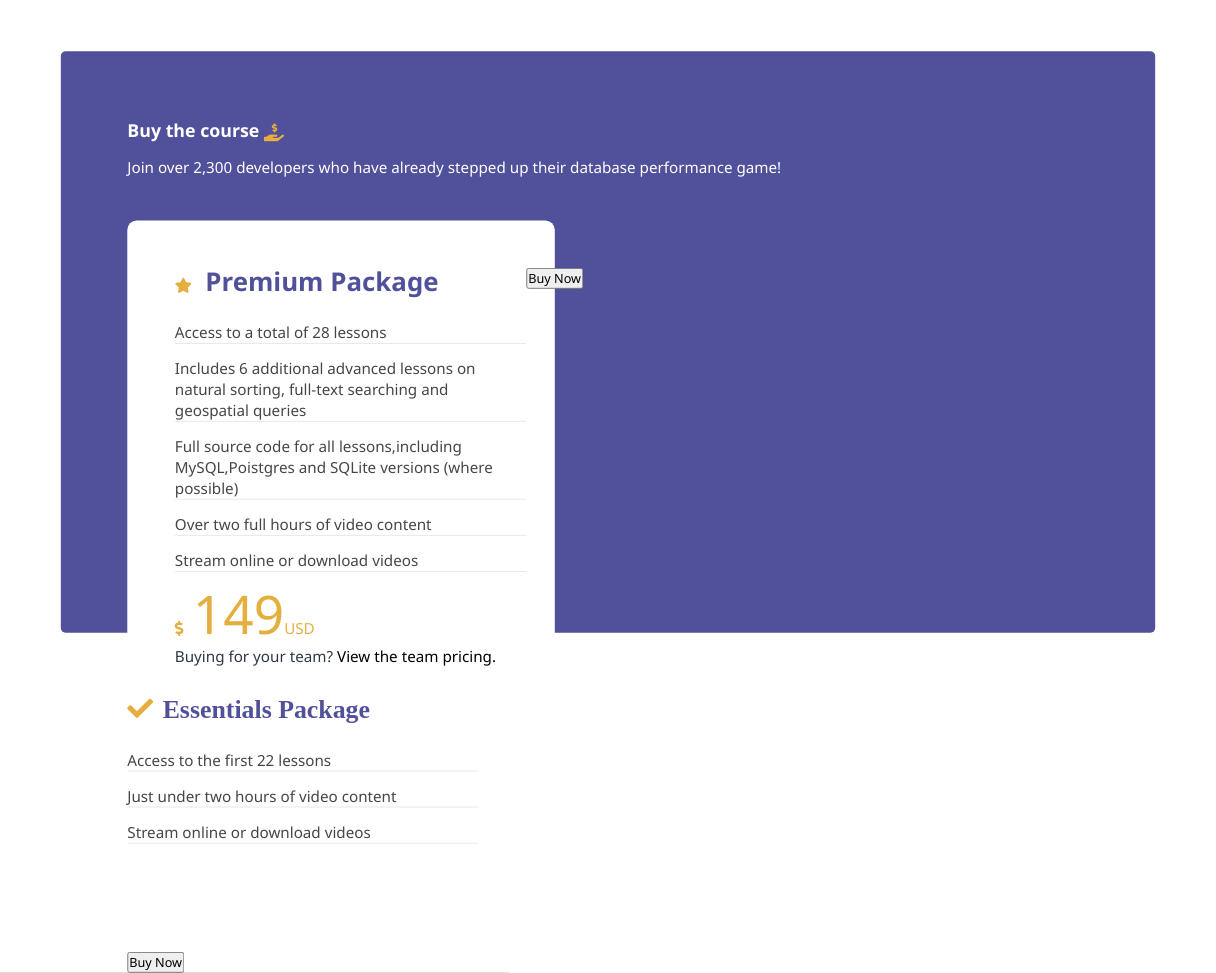
Repository: Z-ayat/Challenges
Page: Challenge 4/index.html
These files come from the project's save history. The page is drawn as it stood at one moment and after the next save; the edit follows.
The browser window is 1280 px wide. The pictures show the whole page, at 95% of full size.
Some web libraries are served in a nearby version.

Above is the page before, as saved 2021-09-07 01:57:32.

### Challenge 4/index.html
<!DOCTYPE html>

<head>
    <meta charset="UTF-8">
    <title>Course Offer Box</title>
    <link rel="stylesheet" href="styling/css/master.css">
    <link rel="stylesheet" href="styling/css/all.min.css">
    <link rel="preconnect" href="https://fonts.googleapis.com">
    <link rel="preconnect" href="https://fonts.gstatic.com" crossorigin>
    <link href="https://fonts.googleapis.com/css2?family=Cairo:wght@400;600;700;900&display=swap" rel="stylesheet">
    <link rel="stylesheet" href="https://cdnjs.cloudflare.com/ajax/libs/font-awesome/5.11.2/css/all.min.css">

</head>

<body>
    <div class="container">
        <div class="layout">
            <div class="head">
                <h3>Buy the course <i class="fas fa-hand-holding-usd" style="color: #FFC83D;"></i></h3>
                <p class="join">Join over 2,300 developers who have already stepped up their database performance game!</p>
            </div>
            <div class="prem-pack">
                <i class="fas fa-star">
                    <p class="headtitle">Premium Package</p>
                </i>
                <p class="specs">Access to a total of 28 lessons</p>
                <p class="specs"><span class="import">Includes 6 additional advanced lessons</span> on natural sorting, full-text searching and geospatial queries</p>
                <p class="specs"><span class="import"> Full source code for all lessons,</span>including MySQL,Poistgres and SQLite versions (where possible)</span>
                </p>
                <p class="specs">Over two full hours of video content</p>
                <p class="specs">Stream online or download videos</p>
                <i class="fas fa-dollar-sign"><span class="price">149</span><span class="usd">USD</span></i>

                <button>Buy Now</button>
                <p class="buyalign">Buying for your team? <a href="#">View the team pricing.</a></p>
            </div>
            <div class="ess-pack">
                <p class="headtitle fas fa-check">Essentials Package</p>
                <p class="specs"><span class="import">Access to the first 22 lessons</span></p>
                <p class="specs">Just under two hours of video content</p>
                <p class="specs">Stream online or download videos</p>
                <p class="price">99
                    <p class="usd">USD</p>
                </p>

                <button>Buy Now</button>
            </div>
        </div>
</body>

</html>

### Challenge 4/styling/css/master.css
* {
    box-sizing: border-box;
    padding: 0;
    margin: 0;
    font-family: 'Segoe UI', Tahoma, Geneva, Verdana, sans-serif;
}

*::before {
    display: inline-block;
    color: #E5AF40;
    margin-right: 10px;
}

*::after {
    display: inline-block;
    color: #E5AF40;
}

a,
a:focus {
    text-decoration: none;
    cursor: default;
    color: black;
    font-weight: 500;
}

span {
    font-weight: 500;
    display: inline-block !important;
}

:root {
    --clrbg: #51509B;
    --clrhead: #404B5F;
    --clrprice: #4A5568;
    --clrbodyfont: #FFFFFF;
    --facolor: #E5AF40;
    --packb4bordshdw: #FFEABE;
    --clrspecs: #000000ba;
}

body {
    display: flex;
    justify-content: center;
    align-items: center;
    height: 100vh;
}

.container {
    display: grid;
    width: 90%;
    height: 85%;
    background-color: var(--clrbg);
    border-radius: 5px;
    color: var(--clrbodyfont);
    padding: 70px 70px;
}

.head {
    margin-bottom: 45px;
}

.head h3 {
    margin-bottom: 1rem;
    font-size: 2..5rem;
}

.price {
    font-size: 3.5rem;
}

.prem-pack {
    background-color: #FFFFFF;
    height: 500px;
    width: 450px;
    padding: 50px;
    border-radius: 10px;
    display: flex;
    flex-flow: wrap column;
    align-items: flex-start;
    position: relative;
    -webkit-border-radius: 10px;
    -moz-border-radius: 10px;
    -ms-border-radius: 10px;
    -o-border-radius: 10px;
}

.specs {
    width: 35px;
    margin-bottom: 15px;
    overflow-wrap: break-word;
    width: 370px;
    border-bottom: solid 1px #E2E8F0;
    color: var(--clrspecs);
}

.headtitle {
    font-weight: 600;
    color: var(--clrbg) !important;
    font-size: 1.7rem;
    margin-bottom: 30px;
    display: inline-block;
}

.buyalign {
    text-justify: auto;
    color: #2D3748;
    position: absolute;
    float: left;
    bottom: 30px;
    left: 50px;
}

.fas {
    color: var(--facolor)
}

i {
    vertical-align: middle;
}

Loaded but not shown: Challenge 4/styling/css/all.min.css (library)

After the next save:
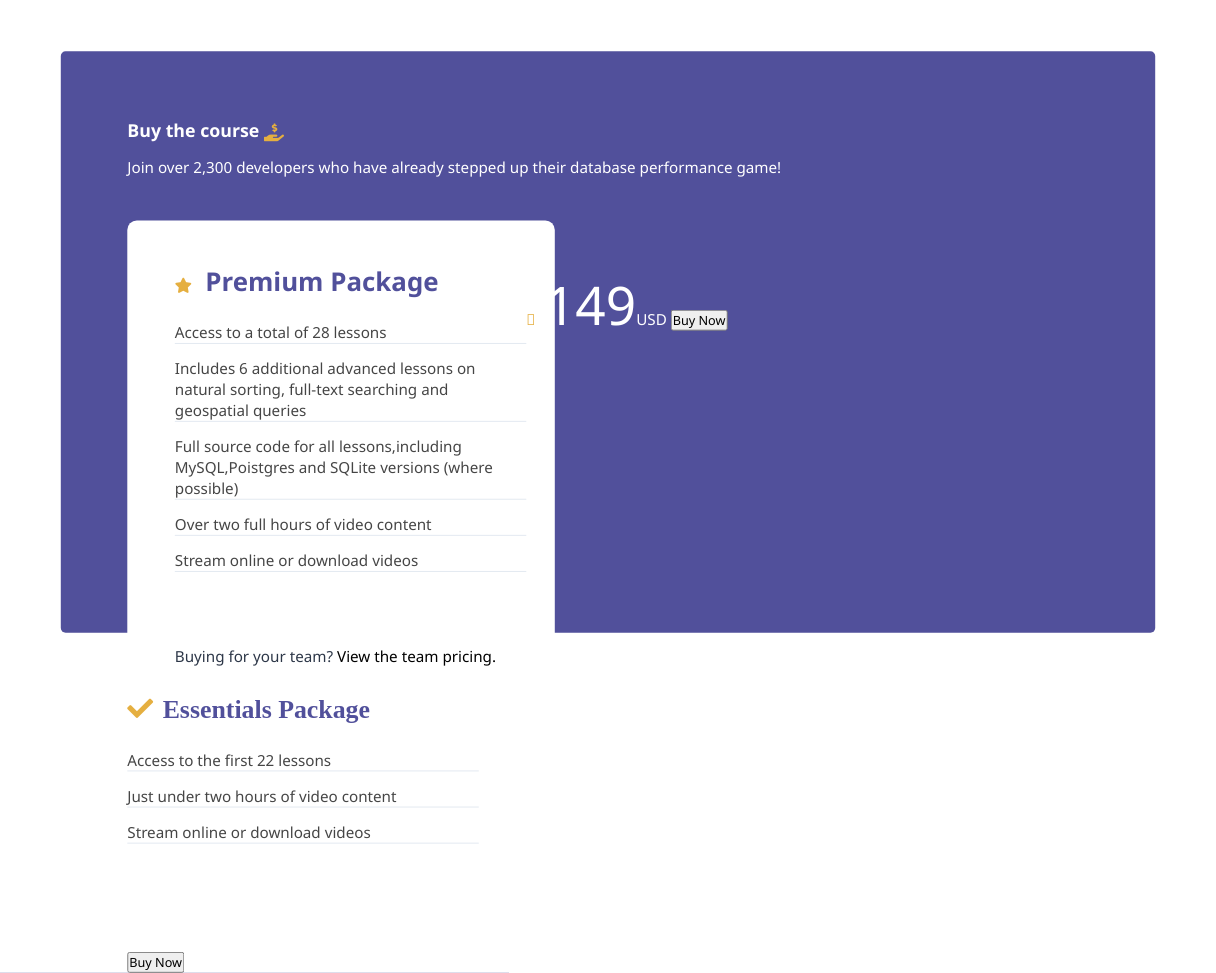
Saved 24 s later.
--- a/Challenge 4/index.html
+++ b/Challenge 4/index.html
@@ -29,10 +29,10 @@
                 </p>
                 <p class="specs">Over two full hours of video content</p>
                 <p class="specs">Stream online or download videos</p>
-                <i class="fas fa-dollar-sign"><span class="price">149</span><span class="usd">USD</span></i>
+                <p class="fa-sign"><span class="price">149</span><span class="usd">USD</span></ح>
 
-                <button>Buy Now</button>
-                <p class="buyalign">Buying for your team? <a href="#">View the team pricing.</a></p>
+                    <button>Buy Now</button>
+                    <p class="buyalign">Buying for your team? <a href="#">View the team pricing.</a></p>
             </div>
             <div class="ess-pack">
                 <p class="headtitle fas fa-check">Essentials Package</p>
